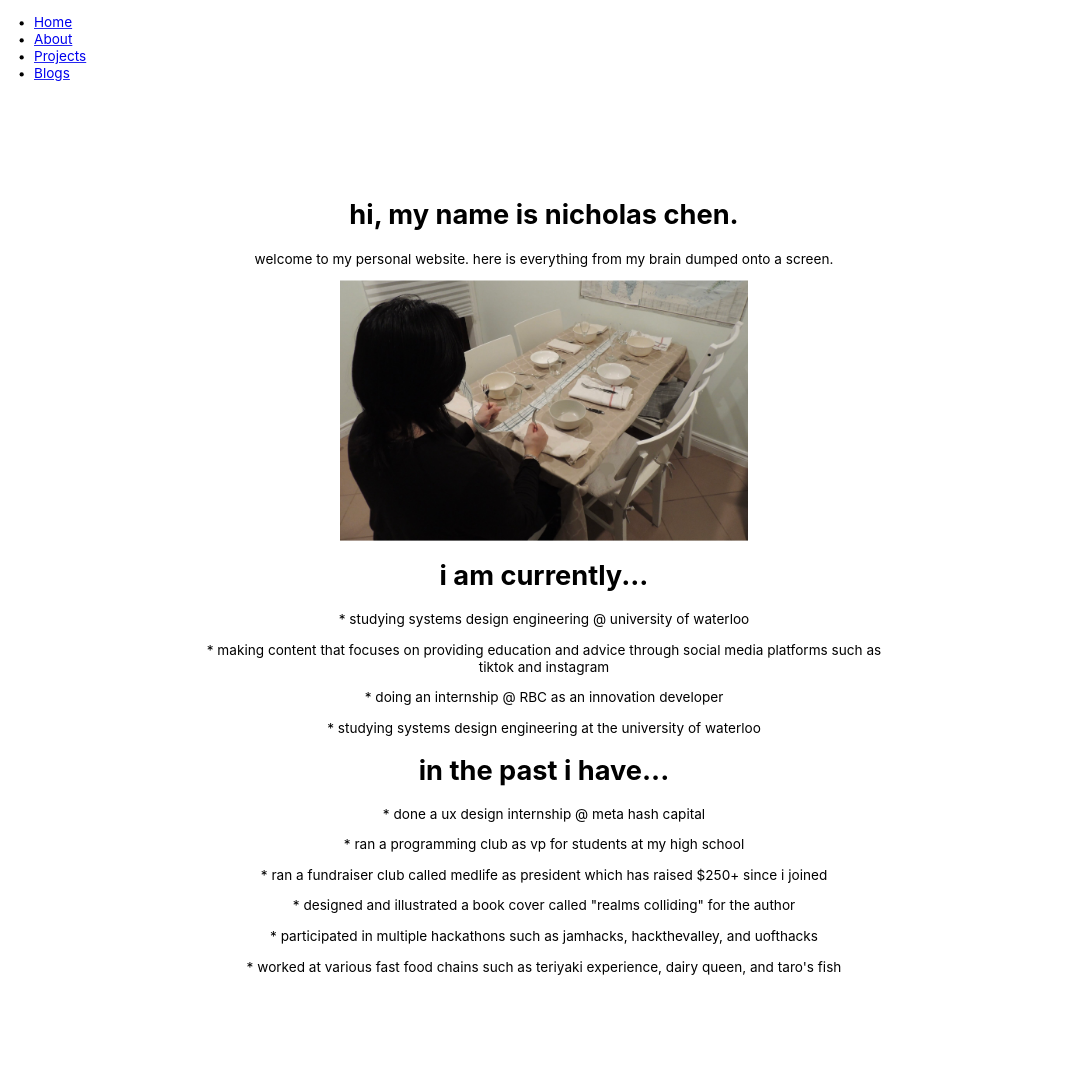
Repository: nicholaschen09/personalWebsite
Page: /
These files come from the project's save history. The page is drawn as it stood at one moment and after the next save; the edit follows.
The browser window is 1280 px wide. The pictures show the whole page, at 85% of full size.
The project was rebuilt for these pictures with package versions that can differ from the ones it lists, and the page was loaded fresh each time. Also part of the build but not shown: src/components/About.css, src/components/About.js, src/components/Projects.css, src/components/Projects.js, src/components/Blog.css, src/components/Blog.js, src/components/Miscellaneous.css, src/components/Miscellaneous.js and 4 more.

Above is the page before, as saved 2024-05-23 13:46:38.

### src/App.js
import React from 'react';
import { BrowserRouter as Router, Route, Routes, Link } from 'react-router-dom';
import About from './components/About.js';
import Home from './components/Home.js';
import Projects from './components/Projects.js';
import Blog from './components/Blog.js';
import Miscellaneous from './components/Miscellaneous.js';
import Design from './components/Design.js';
import Engineering from './components/Engineering.js';

function App() {
  return (
    <Router>
      <div>
        <nav>
          <ul>
            <li>
              <Link to="/">Home</Link>
            </li>
            <li>
              <Link to="/about">About</Link>
            </li>
            <li>
              <Link to="/projects">Projects</Link>
            </li>
            <li>
              <Link to="/blogs">Blogs</Link>
            </li>
          </ul>
        </nav>

        <Routes>
          <Route path="/about" element={<About />} />
          <Route path="/" element={<Home />} />
          <Route path="/projects" element={<Projects />} />
          <Route path="/blogs" element={<Blog />} />
          <Route path="/projects/miscellaneous" element={<Miscellaneous />} />
          <Route path="/projects/design" element={<Design />} />
          <Route path="/projects/engineering" element={<Engineering />} />
        </Routes>
      </div>
    </Router>
  );
}

export default App;

### src/components/Home.js
// src/components/Home/Home.js
import React from 'react';
import './Home.css';

const Home = () => {
    return (
        <div className="home">
            <h1>hi, my name is nicholas chen. </h1>
            <p>welcome to my personal website. here is everything from my brain dumped onto a screen.</p>
            <img src={process.env.PUBLIC_URL + '/DSCN3098_2.jpg'}alt="DinnerImage" className="DinnerImage" />

            <h1> i am currently...</h1>
            <p> * studying systems design engineering @ university of waterloo</p>
            <p> * making content that focuses on providing education and advice through social media platforms such as tiktok and instagram</p>
            <p> * doing an internship @ RBC as an innovation developer</p>
            <p> * studying systems design engineering at the university of waterloo</p>

            <h1>in the past i have...</h1>
            <p>* done a ux design internship @ meta hash capital </p>
            <p>* ran a programming club as vp for students at my high school </p>
            <p>* ran a fundraiser club called medlife as president which has raised $250+ since i joined </p>
            <p>* designed and illustrated a book cover called "realms colliding" for the author</p>
            <p>* participated in multiple hackathons such as jamhacks, hackthevalley, and uofthacks </p>
            <p>* worked at various fast food chains such as teriyaki experience, dairy queen, and taro's fish </p>
        </div>
        );



    };
         <div className="column">
         <h1>work experience</h1>
         </div>


export default Home;

### src/components/Home.css
/* src/components/Home/Home.css */
.home {
    text-align: center;
    padding: 100px;
    width: 800px;
    margin-left: auto;
    margin-right: auto;
}
.DinnerImage {
    width: 60%;
    height: 60%;
    margin-left: auto;
    margin-right: auto;
    display: block;
}

Loaded but not shown: public/index.html (common file); src/index.js (common file); src/index.css (common file); src/reportWebVitals.js (common file)

After the next save:
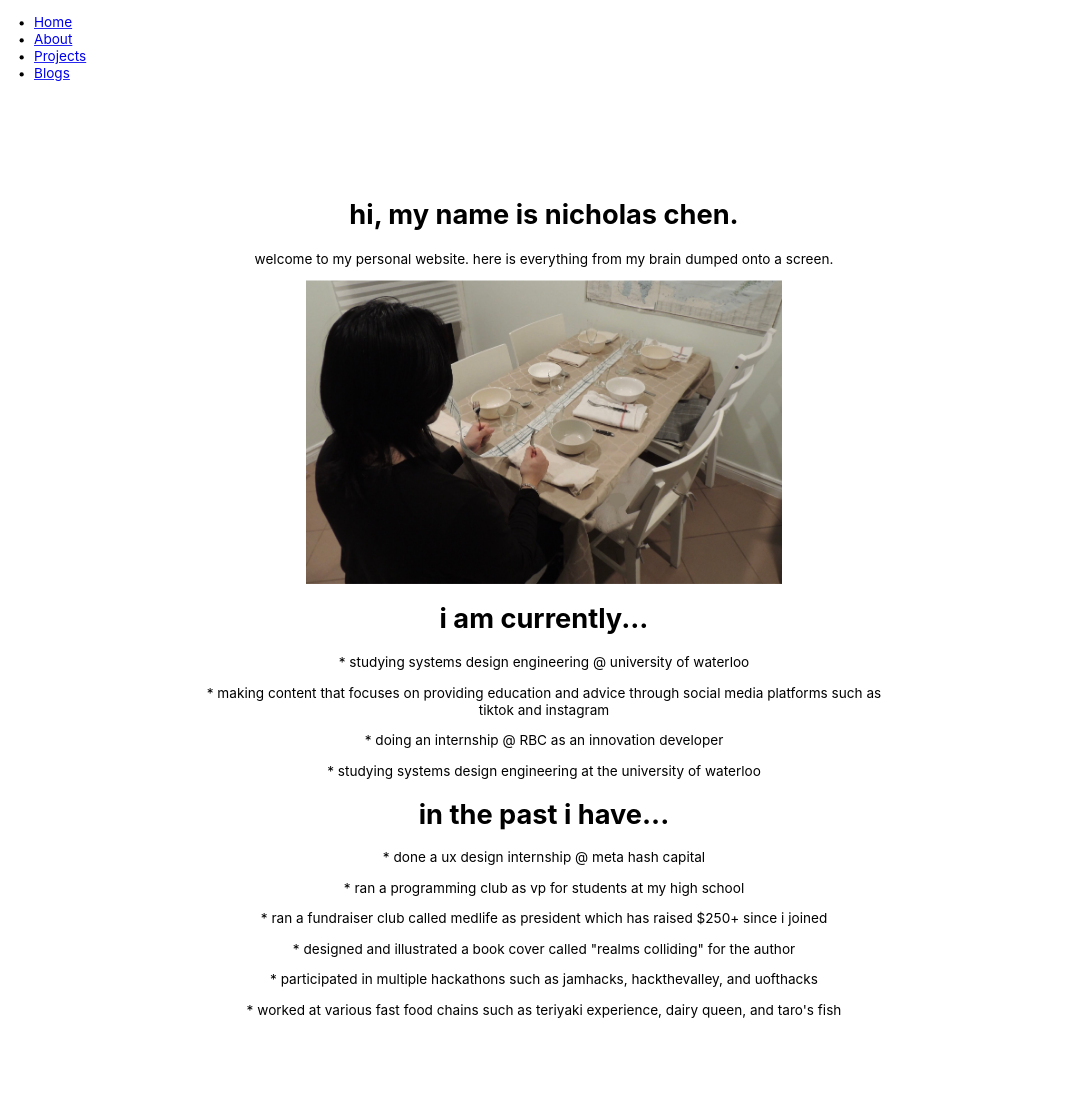
Saved 7 s later.
--- a/src/components/Home.css
+++ b/src/components/Home.css
@@ -7,8 +7,8 @@
     margin-right: auto;
 }
 .DinnerImage {
-    width: 60%;
-    height: 60%;
+    width: 70%;
+    height: 70%;
     margin-left: auto;
     margin-right: auto;
     display: block;
